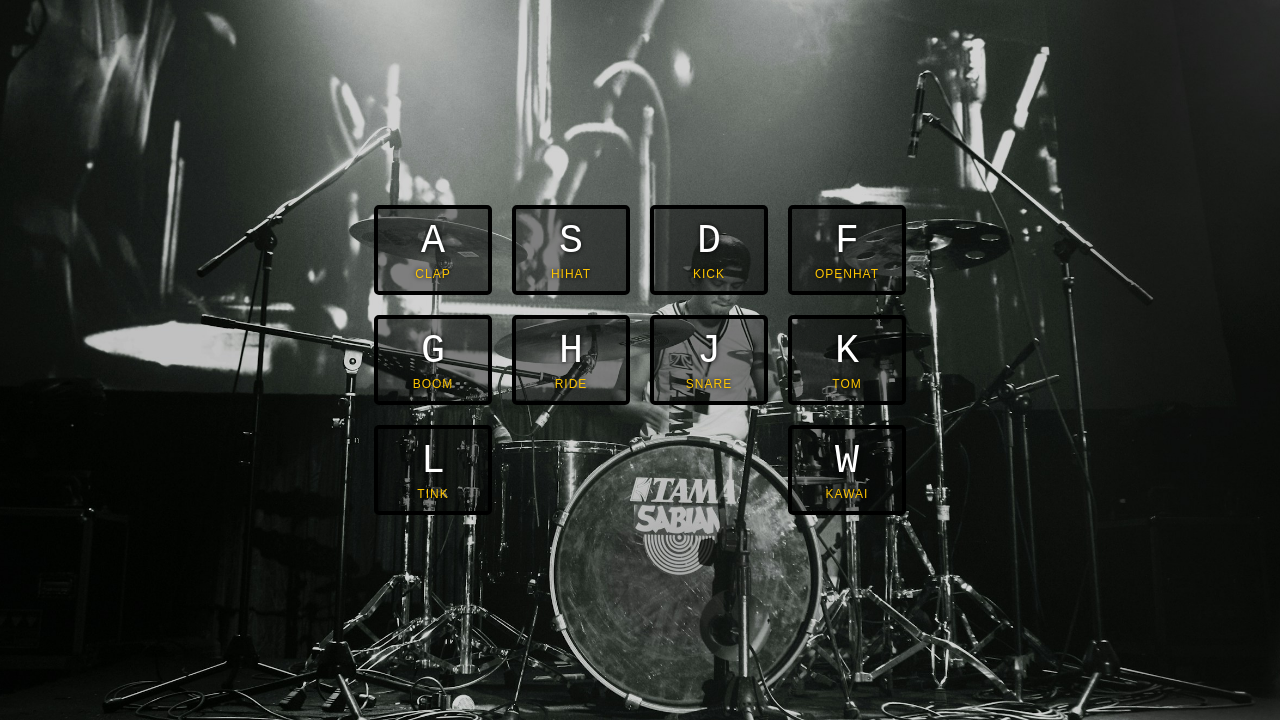
Repository: Freezler/drumkitJS
Page: index-START.html
The author's editor kept a copy of each file at every save. The page is drawn from the files as they stood at one save, then again after the next save.
The browser window is 1280 px wide. The pictures show the whole page.

Above is the page before, as saved 2024-08-23 08:13:57.

After the next save:
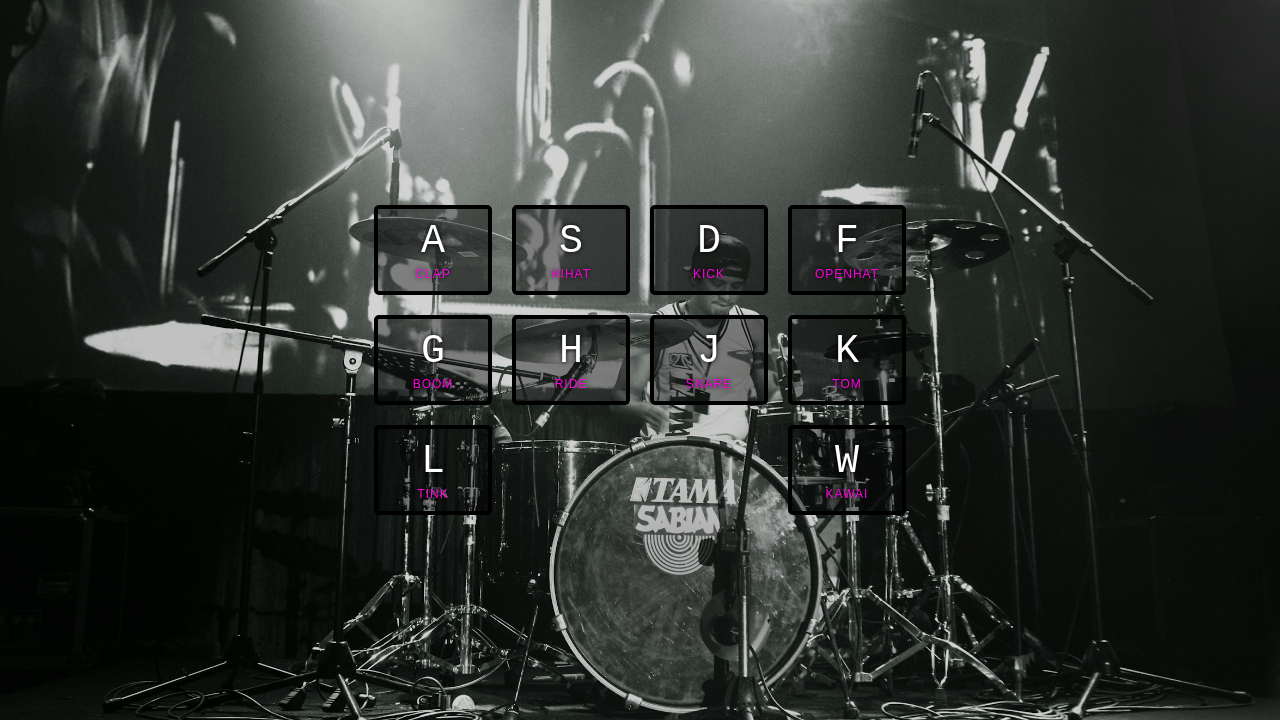
Saved 62 s later.
--- a/style.css
+++ b/style.css
@@ -86,8 +86,8 @@ main {
 
 .playing {
   transform: scale(1.1);
-  border-color: #ffc600;
-  box-shadow: 0 0 1rem #ffc600;
+  border-color: #ff00e1;
+  box-shadow: 0 0 1rem #ff00e1;
 }
 
 kbd {
@@ -99,5 +99,5 @@ kbd {
   font-size: 1.2rem;
   text-transform: uppercase;
   letter-spacing: .1rem;
-  color: #ffc600;
+  color: #ff00e1;
 }
